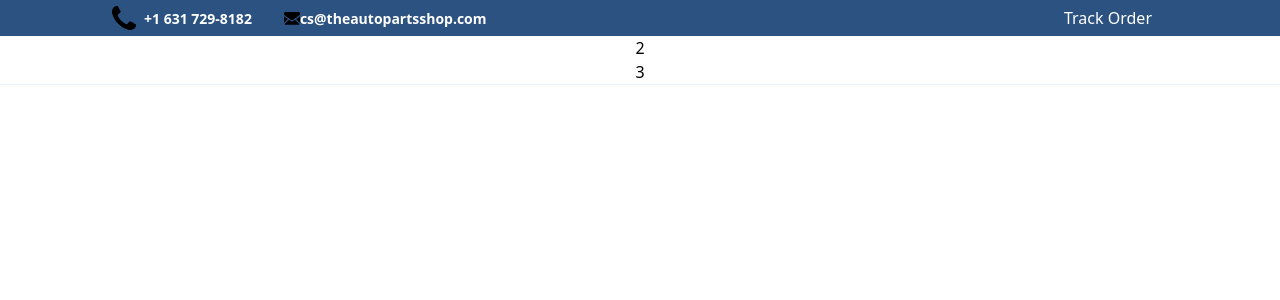
Repository: robindhimanspineor/TAPS-Next
Page: /
The author's editor kept a copy of each file at every save. The page is drawn from the files as they stood at one save, then again after the next save.
The browser window is 1280 px wide. The pictures show the whole page.
The project was rebuilt for these pictures with package versions that can differ from the ones it lists, and the page was loaded fresh each time. The framework's server and built-in components were replaced by stand-ins that run in the browser. Also part of the build but not shown: next.config.js.

Above is the page before, as saved 2021-09-16 15:30:22.

### src/pages/index.tsx
// import { useRouter } from 'next/router';

// import { Meta } from '../layout/Meta';
// import { Main } from '../templates/Main';
import Header from '../components/common/header';

const Index = () => {
  // const router = useRouter();

  return (
    // <Main
    //   meta={
    //     <Meta
    //       title="Next.js Boilerplate Presentation"
    //       description="Next js Boilerplate is the perfect starter code for your project. Build your React application with the Next.js framework."
    //     />
    //   }
    // >
    // </Main>
    <div>
      <main className="main-container block">
        <Header />
      </main>
    </div>
  );
};

export default Index;

### src/components/common/header/index.js
import PhoneHandle from '../../../svg/PhoneHandleSvg.js';
import MailBoxSvg from '../../../svg/MailBoxSvg';

const Header = () => {
  return (
    <header className="flex flex-col items-center justify-center w-full static border-b z-50">
      <div className="head-top flex justify-between py-1.5 pr-32 pl-28 bg-blue-800 w-full">
        <div className="w-screen max-w-screen-xl flex justify-between">
          <div className="head-top-left flex text-white font-medium w-9/12">
            <div className="head-top-phone flex items-center text-white w-auto text-sm font-semibold">
              <div className="text-white h-6 w-6 flex items-center mr-2">
                <PhoneHandle />
              </div>
              <span>+1 631 729-8182</span>
            </div>
            <div className="heap-top-email flex items-center text-white w-auto text-sm font-semibold ml-8">
              <div className="text-white h-6 w-4 flex items-center">
                <MailBoxSvg />
              </div>
              cs@theautopartsshop.com
            </div>
          </div>
          <div className="head-top-right text-white font-medium">
            Track Order
          </div>
        </div>
      </div>
      <div>2</div>
      <div>3</div>
    </header>
  );
};

export default Header;

### src/svg/PhoneHandleSvg.js
import React from 'react';

const PhoneHandle = () => (
  <svg
    version="1.1"
    xmlns="http://www.w3.org/2000/svg"
    xmlnsXlink="http://www.w3.org/1999/xlink"
    x="0px"
    y="0px"
    width="401.998px"
    height="401.998px"
    viewBox="0 0 401.998 401.998"
    style={{ enableBackground: 'new 0 0 401.998 401.998' }}
    xmlSpace="preserve"
    aria-label="phone handle svg"
  >
    <g>
      <path
        d="M401.129,311.475c-1.137-3.426-8.371-8.473-21.697-15.129c-3.61-2.098-8.754-4.949-15.41-8.566
		c-6.662-3.617-12.709-6.95-18.13-9.996c-5.432-3.045-10.521-5.995-15.276-8.846c-0.76-0.571-3.139-2.234-7.136-5
		c-4.001-2.758-7.375-4.805-10.14-6.14c-2.759-1.327-5.473-1.995-8.138-1.995c-3.806,0-8.56,2.714-14.268,8.135
		c-5.708,5.428-10.944,11.324-15.7,17.706c-4.757,6.379-9.802,12.275-15.126,17.7c-5.332,5.427-9.713,8.138-13.135,8.138
		c-1.718,0-3.86-0.479-6.427-1.424c-2.566-0.951-4.518-1.766-5.858-2.423c-1.328-0.671-3.607-1.999-6.845-4.004
		c-3.244-1.999-5.048-3.094-5.428-3.285c-26.075-14.469-48.438-31.029-67.093-49.676c-18.649-18.658-35.211-41.019-49.676-67.097
		c-0.19-0.381-1.287-2.19-3.284-5.424c-2-3.237-3.333-5.518-3.999-6.854c-0.666-1.331-1.475-3.283-2.425-5.852
		s-1.427-4.709-1.427-6.424c0-3.424,2.713-7.804,8.138-13.134c5.424-5.327,11.326-10.373,17.7-15.128
		c6.379-4.755,12.275-9.991,17.701-15.699c5.424-5.711,8.136-10.467,8.136-14.273c0-2.663-0.666-5.378-1.997-8.137
		c-1.332-2.765-3.378-6.139-6.139-10.138c-2.762-3.997-4.427-6.374-4.999-7.139c-2.852-4.755-5.799-9.846-8.848-15.271
		c-3.049-5.424-6.377-11.47-9.995-18.131c-3.615-6.658-6.468-11.799-8.564-15.415C98.986,9.233,93.943,1.997,90.516,0.859
		C89.183,0.288,87.183,0,84.521,0c-5.142,0-11.85,0.95-20.129,2.856c-8.282,1.903-14.799,3.899-19.558,5.996
		c-9.517,3.995-19.604,15.605-30.264,34.826C4.863,61.566,0.01,79.271,0.01,96.78c0,5.135,0.333,10.131,0.999,14.989
		c0.666,4.853,1.856,10.326,3.571,16.418c1.712,6.09,3.093,10.614,4.137,13.56c1.045,2.948,2.996,8.229,5.852,15.845
		c2.852,7.614,4.567,12.275,5.138,13.988c6.661,18.654,14.56,35.307,23.695,49.964c15.03,24.362,35.541,49.539,61.521,75.521
		c25.981,25.98,51.153,46.49,75.517,61.526c14.655,9.134,31.314,17.032,49.965,23.698c1.714,0.568,6.375,2.279,13.986,5.141
		c7.614,2.854,12.897,4.805,15.845,5.852c2.949,1.048,7.474,2.43,13.559,4.145c6.098,1.715,11.566,2.905,16.419,3.576
		c4.856,0.657,9.853,0.996,14.989,0.996c17.508,0,35.214-4.856,53.105-14.562c19.219-10.656,30.826-20.745,34.823-30.269
		c2.102-4.754,4.093-11.273,5.996-19.555c1.909-8.278,2.857-14.985,2.857-20.126C401.99,314.814,401.703,312.819,401.129,311.475z"
      />
    </g>
    <g />
    <g />
    <g />
    <g />
    <g />
    <g />
    <g />
    <g />
    <g />
    <g />
    <g />
    <g />
    <g />
    <g />
    <g />
  </svg>
);

export default PhoneHandle;

### src/svg/MailBoxSvg.js
import React from 'react';

const MailBoxSvg = () => (
  <svg
    version="1.1"
    xmlns="http://www.w3.org/2000/svg"
    xmlnsXlink="http://www.w3.org/1999/xlink"
    x="0px"
    y="0px"
    width="550.795px"
    height="550.795px"
    viewBox="0 0 550.795 550.795"
    style={{ enableBackground: 'new 0 0 550.795 550.795' }}
    xmlSpace="preserve"
    aria-label="mail box"
  >
    <g>
      <g>
        <path
          d="M501.613,491.782c12.381,0,23.109-4.088,32.229-12.16L377.793,323.567c-3.744,2.681-7.373,5.288-10.801,7.767
			c-11.678,8.604-21.156,15.318-28.434,20.129c-7.277,4.822-16.959,9.737-29.045,14.755c-12.094,5.024-23.361,7.528-33.813,7.528
			h-0.306h-0.306c-10.453,0-21.72-2.503-33.813-7.528c-12.093-5.018-21.775-9.933-29.045-14.755
			c-7.277-4.811-16.75-11.524-28.434-20.129c-3.256-2.387-6.867-5.006-10.771-7.809L16.946,479.622
			c9.119,8.072,19.854,12.16,32.234,12.16H501.613z"
        />
        <path
          d="M31.047,225.299C19.37,217.514,9.015,208.598,0,198.555V435.98l137.541-137.541
			C110.025,279.229,74.572,254.877,31.047,225.299z"
        />
        <path
          d="M520.059,225.299c-41.865,28.336-77.447,52.73-106.75,73.195l137.486,137.492V198.555
			C541.98,208.396,531.736,217.306,520.059,225.299z"
        />
        <path
          d="M501.613,59.013H49.181c-15.784,0-27.919,5.33-36.42,15.979C4.253,85.646,0.006,98.97,0.006,114.949
			c0,12.907,5.636,26.892,16.903,41.959c11.267,15.061,23.256,26.891,35.961,35.496c6.965,4.921,27.969,19.523,63.012,43.801
			c18.917,13.109,35.368,24.535,49.505,34.395c12.05,8.396,22.442,15.667,31.022,21.701c0.985,0.691,2.534,1.799,4.59,3.269
			c2.215,1.591,5.018,3.61,8.476,6.107c6.659,4.816,12.191,8.709,16.597,11.683c4.4,2.975,9.731,6.298,15.985,9.988
			c6.249,3.685,12.143,6.456,17.675,8.299c5.533,1.842,10.655,2.766,15.367,2.766h0.306h0.306c4.711,0,9.834-0.924,15.368-2.766
			c5.531-1.843,11.42-4.608,17.674-8.299c6.248-3.69,11.572-7.02,15.986-9.988c4.406-2.974,9.938-6.866,16.598-11.683
			c3.451-2.497,6.254-4.517,8.469-6.102c2.057-1.476,3.605-2.577,4.596-3.274c6.684-4.651,17.1-11.892,31.104-21.616
			c25.482-17.705,63.01-43.764,112.742-78.281c14.957-10.447,27.453-23.054,37.496-37.803c10.025-14.749,15.051-30.22,15.051-46.408
			c0-13.525-4.873-25.098-14.598-34.737C526.461,63.829,514.932,59.013,501.613,59.013z"
        />
      </g>
    </g>
    <g />
    <g />
    <g />
    <g />
    <g />
    <g />
    <g />
    <g />
    <g />
    <g />
    <g />
    <g />
    <g />
    <g />
    <g />
  </svg>
);

export default MailBoxSvg;

Loaded but not shown: src/pages/_app.tsx (common file); src/pages/_document.tsx (common file); src/styles/main.css (common file); src/utils/AppConfig.ts (common file); tailwind.config.js (common file)

After the next save:
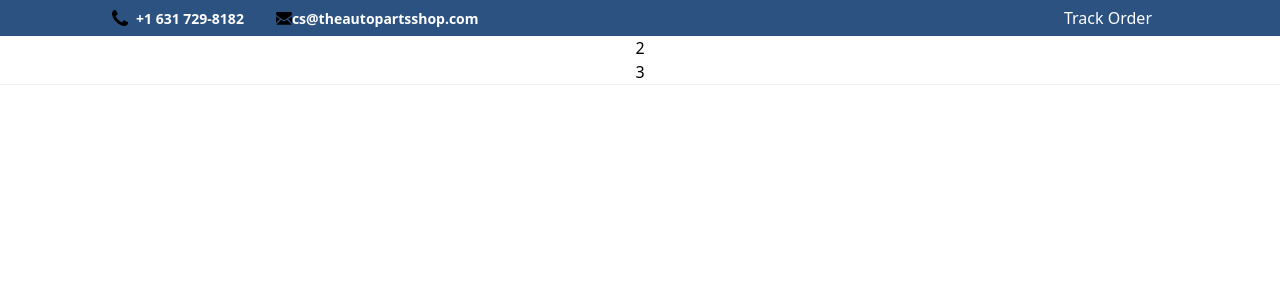
Saved 8 s later.
--- a/src/components/common/header/index.js
+++ b/src/components/common/header/index.js
@@ -8,7 +8,7 @@ const Header = () => {
         <div className="w-screen max-w-screen-xl flex justify-between">
           <div className="head-top-left flex text-white font-medium w-9/12">
             <div className="head-top-phone flex items-center text-white w-auto text-sm font-semibold">
-              <div className="text-white h-6 w-6 flex items-center mr-2">
+              <div className="text-white h-6 w-6 flex items-center pr-2">
                 <PhoneHandle />
               </div>
               <span>+1 631 729-8182</span>
